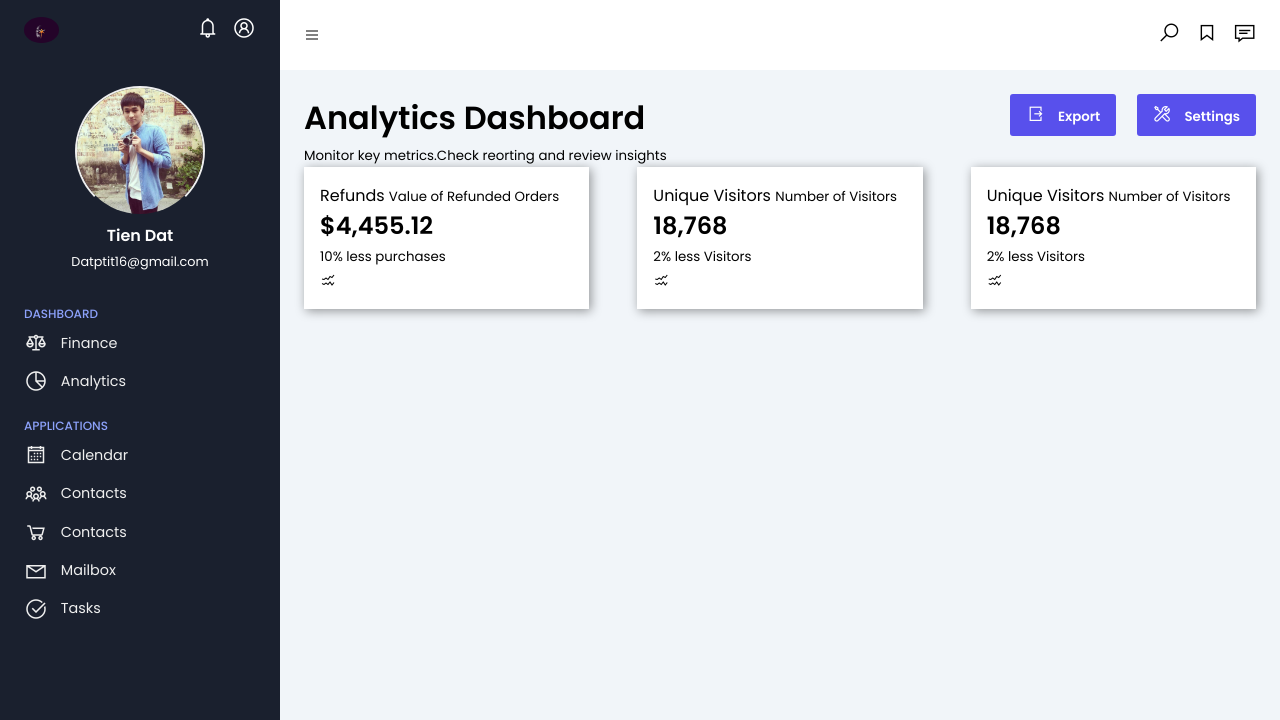
Repository: Datt21/dashboard-fe-project
Page: index.html
An editor plug-in stored every save of this project. The page is shown before and after the next save, followed by the edit.
The browser window is 1280 px wide. The pictures show the whole page.

Above is the page before, as saved 2021-06-08 18:52:49.

After the next save:
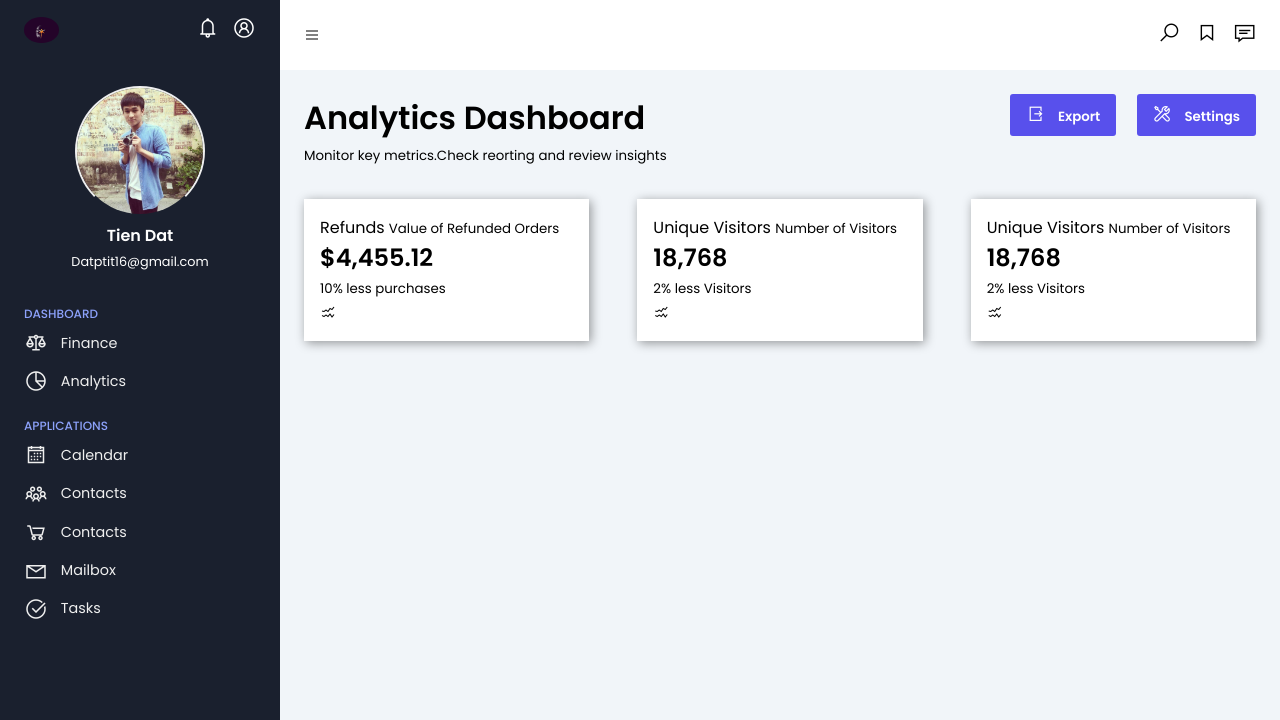
Saved 94 s later.
--- a/assets/css/style.css
+++ b/assets/css/style.css
@@ -166,6 +166,7 @@ main {
     display: grid;
     grid-template-columns: repeat(3, 1fr);
     grid-gap : 3rem;
+    padding-top: 2rem;
 }
 
 .card__single{
